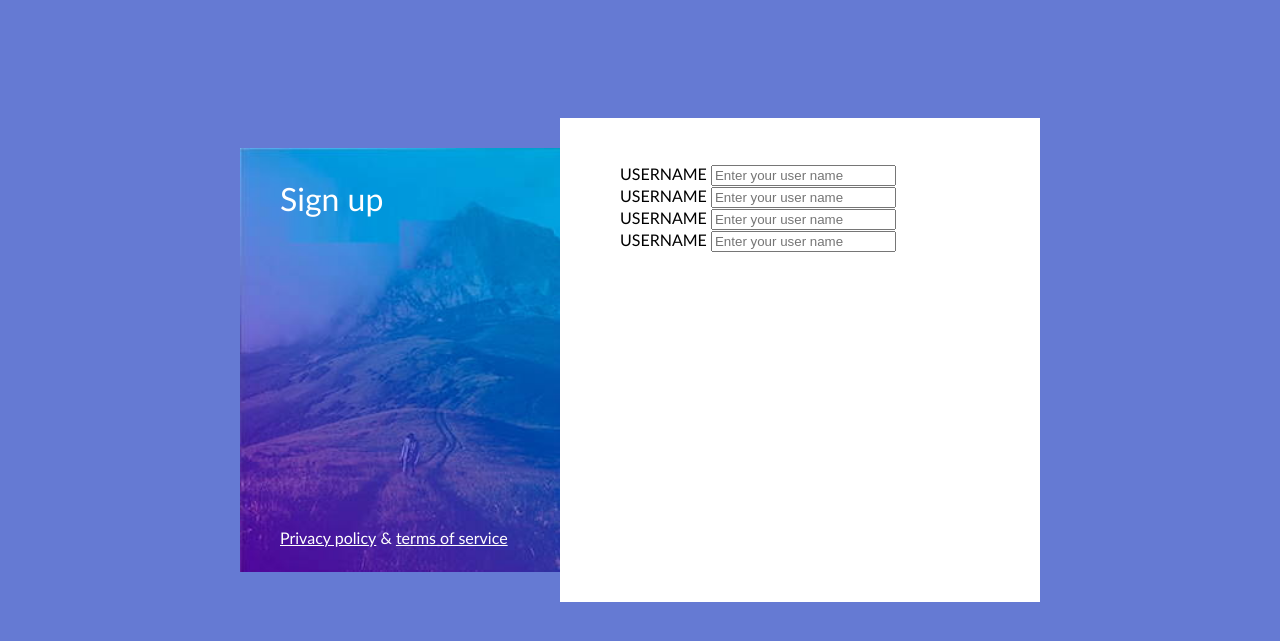
Repository: RugileG/registracijos-forma
Page: index.html
An editor plug-in stored every save of this project. The page is shown before and after a run of saves, followed by the edit.
The browser window is 1280 px wide. The pictures show the whole page.

Above is the page before, as saved 2021-05-18 10:21:25.

After the next 2 saves:
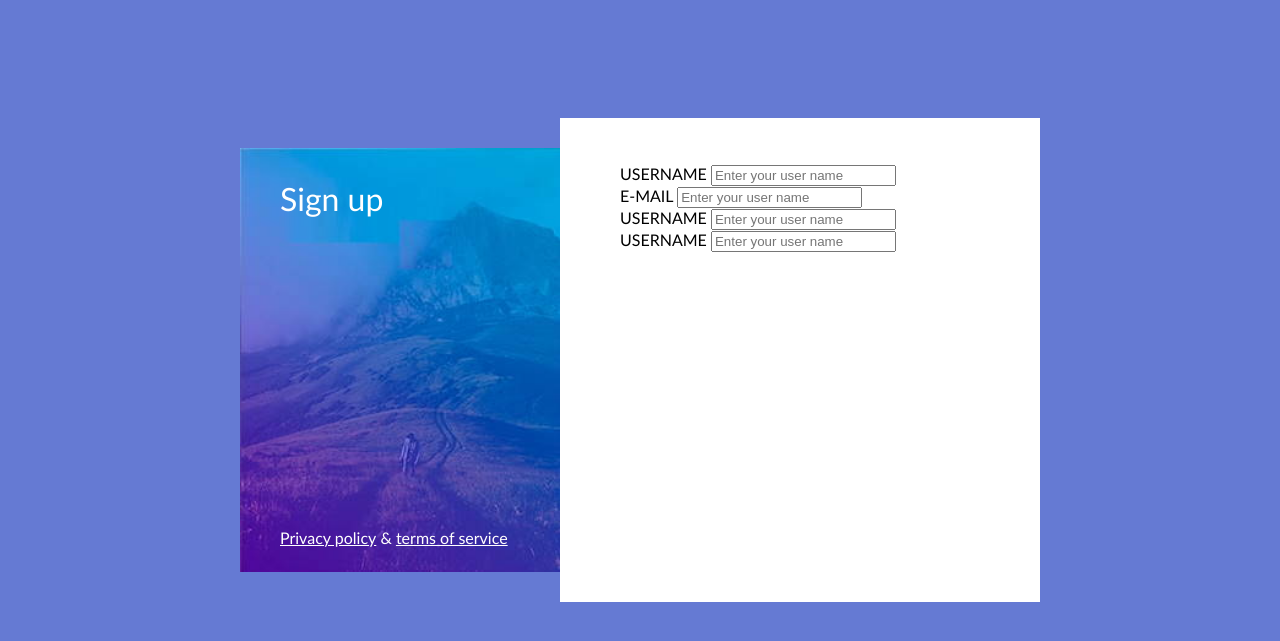
The 2 saves are shown as one change because they came seconds apart.
The last was saved 12 s later.
--- a/index.html
+++ b/index.html
@@ -102,7 +102,7 @@
                     <input placeholder='Enter your user name' type='text' id='username' name='username' />
                 </div>
                 <div class='input'>
-                    <label for='username'>USERNAME</label>
+                    <label for='email'>E-MAIL</label>
                     <input placeholder='Enter your user name' type='text' id='username' name='username' />
                 </div>
                 <div class='input'>
